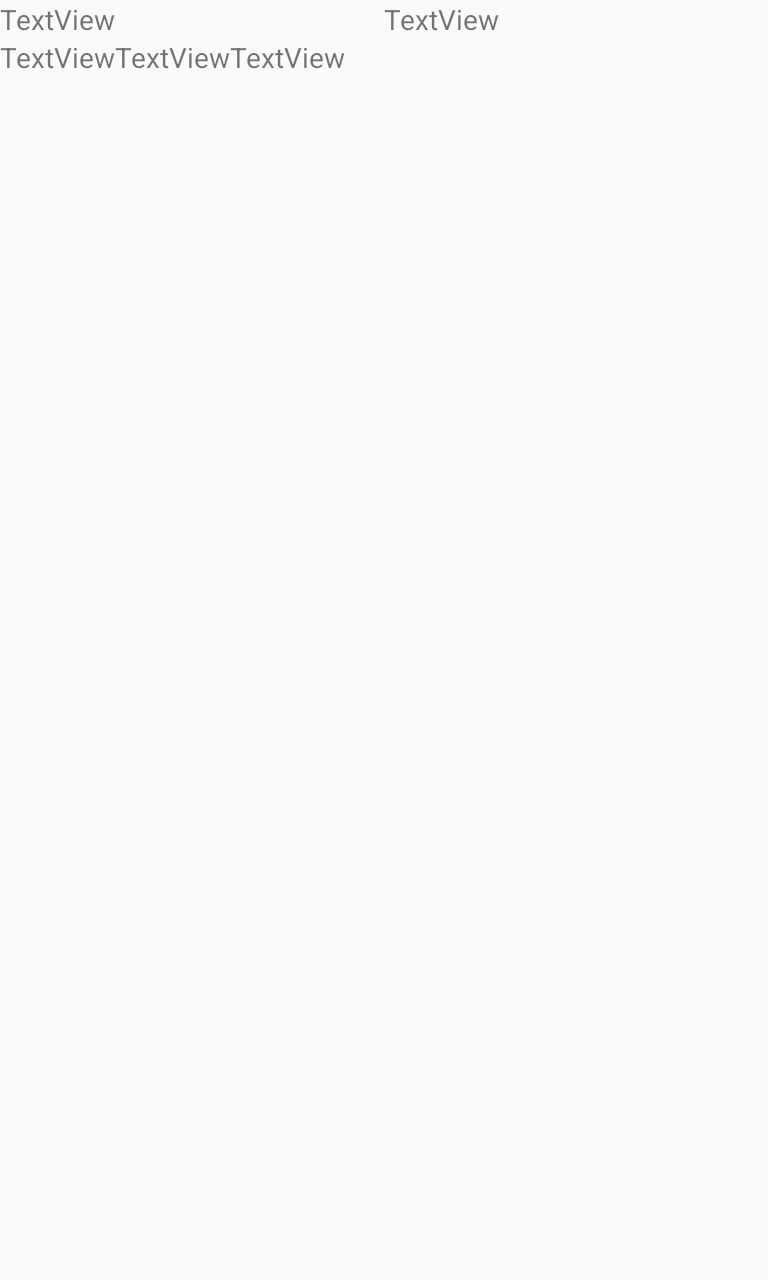
Repository: adarshnair13/my-project
Layout: first/res/layout/activity_main.xml
These files come from the project's save history. The layout is drawn as it stood at one moment and after the next save; the edit follows.
It is drawn on a 768 x 1280 px phone screen (xhdpi) without system bars, with theme AppTheme; the app's code is not run.

Above is the layout before, as saved 2015-02-01 20:50:27.

After the next save:
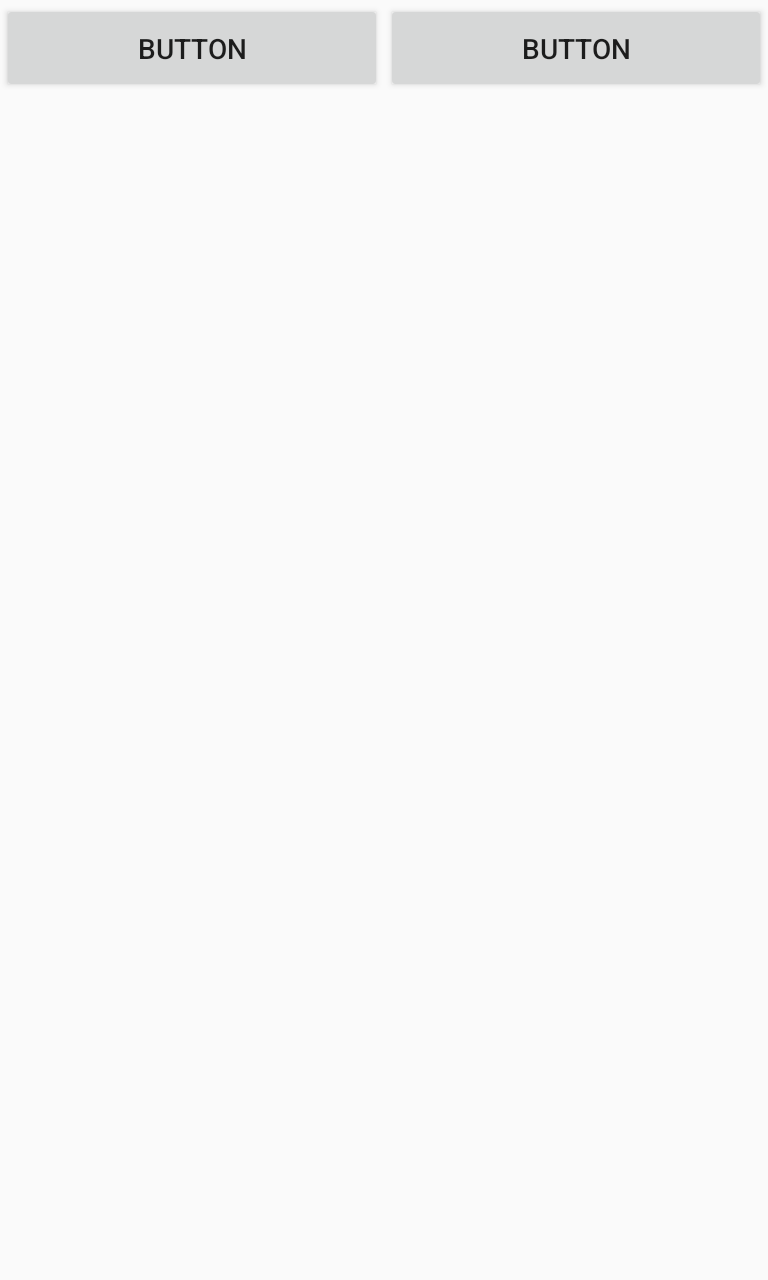
Saved 5 min 27 s later.
--- a/first/res/layout/activity_main.xml
+++ b/first/res/layout/activity_main.xml
@@ -8,46 +8,26 @@
 
     <LinearLayout
         android:layout_width="match_parent"
-        android:weightSum="2.0"
-        android:layout_height="wrap_content" >
+        android:layout_height="wrap_content"
+        android:weightSum="2.0">
 
-        <TextView
-            android:id="@+id/textView1"
-            android:layout_width="wrap_content"
+
+        <Button
+            android:id="@+id/button1"
+            style="?android:attr/buttonStyleSmall"
+            android:layout_width="0dp"
+            android:layout_height="wrap_content"
             android:layout_weight="1.0"
+            android:text="Button" />
+
+        <Button
+            android:id="@+id/button2"
+            style="?android:attr/buttonStyleSmall"
+            android:layout_width="0dp"
             android:layout_height="wrap_content"
-            android:text="TextView" />
+            android:layout_weight="1.0"
+            android:text="Button" />
 
-        <TextView
-            android:id="@+id/textView2"
-            android:layout_weight="1.0"
-            android:layout_width="wrap_content"
-            android:layout_height="wrap_content"
-            android:text="TextView" />
-    </LinearLayout>
-
-    <LinearLayout
-        android:layout_width="match_parent"
-        android:layout_height="wrap_content"
-        android:layout_weight="0.12" >
-
-        <TextView
-            android:id="@+id/textView3"
-            android:layout_width="wrap_content"
-            android:layout_height="wrap_content"
-            android:text="TextView" />
-
-        <TextView
-            android:id="@+id/textView4"
-            android:layout_width="wrap_content"
-            android:layout_height="wrap_content"
-            android:text="TextView" />
-
-        <TextView
-            android:id="@+id/textView5"
-            android:layout_width="wrap_content"
-            android:layout_height="wrap_content"
-            android:text="TextView" />
     </LinearLayout>
 
 </LinearLayout>
